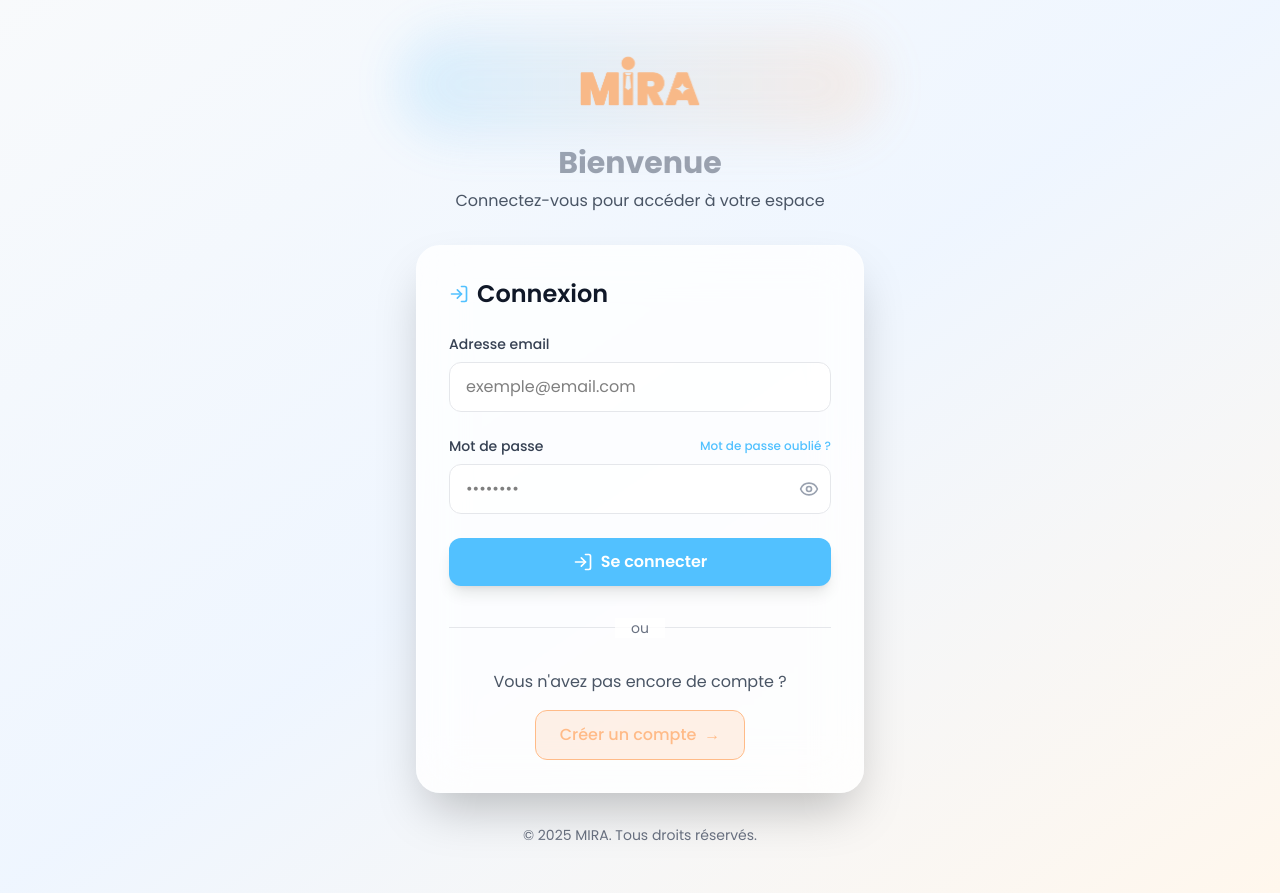
Repository: vladimirmoulart/mira-website
Page: /connexion
These files come from the project's save history. The page is drawn as it stood at one moment and after the next save; the edit follows.
The browser window is 1280 px wide. The pictures show the whole page.
The page's requests for data from a server got no answer. The project was rebuilt for these pictures with package versions that can differ from the ones it lists, and the page was loaded fresh each time. The framework's server and built-in components were replaced by stand-ins that run in the browser. No one was signed in, and anything a server would have sent is missing. Also part of the build but not shown: next.config.ts.

Above is the page before, as saved 2025-06-03 22:40:24.

After the next save:
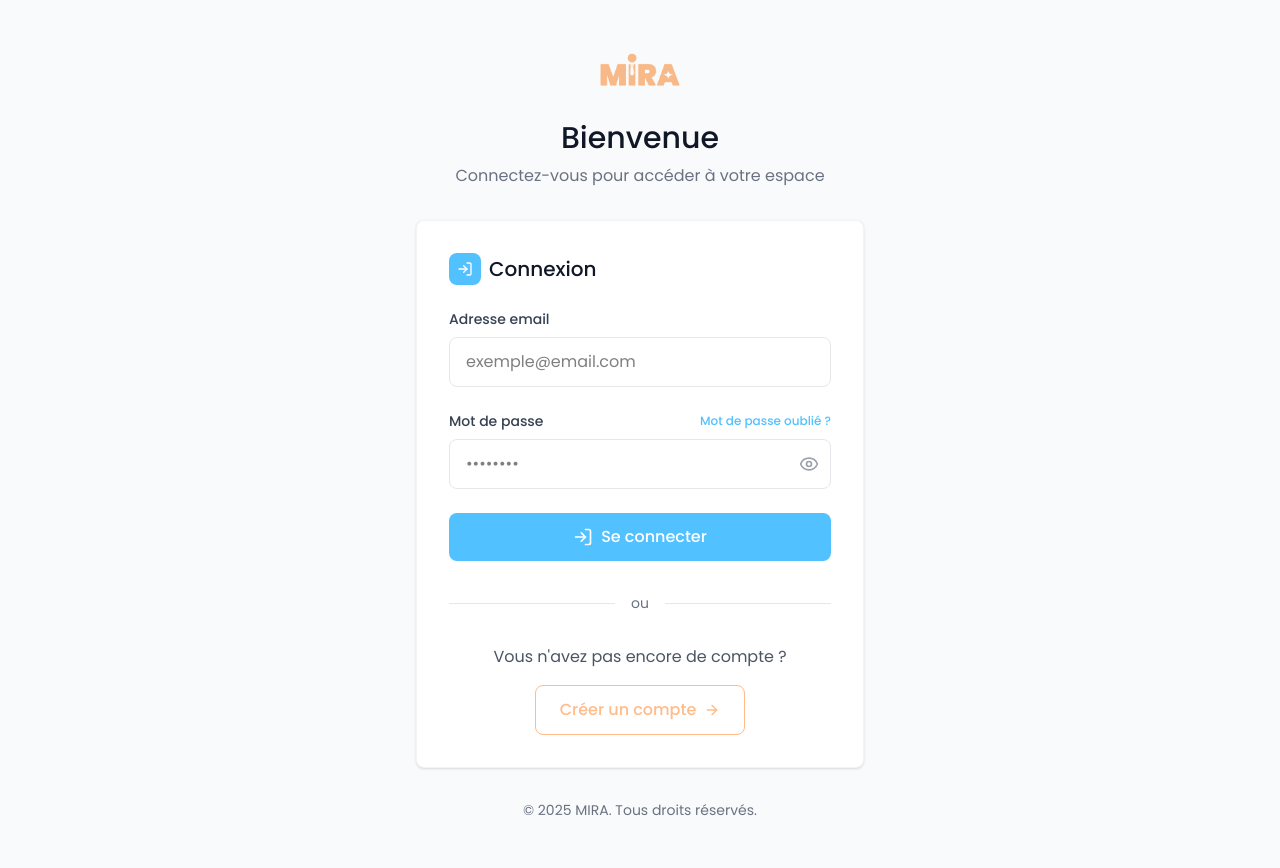
Saved 2 min 35 s later.
--- a/src/app/connexion/page.tsx
+++ b/src/app/connexion/page.tsx
@@ -6,7 +6,7 @@
 import Link from "next/link"
 import Image from "next/image"
 import { supabase } from "../../../lib/supabaseClient"
-import { Eye, EyeOff, LogIn, AlertCircle, CheckCircle, Loader2 } from "lucide-react"
+import { Eye, EyeOff, LogIn, AlertCircle, CheckCircle, Loader2, ArrowRight } from "lucide-react"
 
 export default function Connexion() {
   const [email, setEmail] = useState("")
@@ -47,41 +47,36 @@
   }
 
   return (
-    <div className="min-h-screen bg-gradient-to-br from-slate-50 via-blue-50 to-orange-50 flex flex-col items-center justify-center px-4 py-12">
-      {/* Decorative elements */}
-      <div className="absolute top-0 left-0 w-full h-64 bg-gradient-to-r from-[#52c1ff]/20 to-[#ffbb88]/20 rounded-b-[100px] -z-10" />
-      <div className="absolute bottom-0 right-0 w-full h-64 bg-gradient-to-l from-[#52c1ff]/20 to-[#ffbb88]/20 rounded-t-[100px] -z-10" />
-
+    <div className="min-h-screen bg-gray-50 flex flex-col items-center justify-center px-4 py-12">
       <div className="w-full max-w-md">
         {/* Logo and header */}
         <div className="text-center mb-8">
-          <div className="flex justify-center mb-6 relative">
-            <div className="absolute -inset-4 bg-gradient-to-r from-[#52c1ff]/30 to-[#ffbb88]/30 rounded-full blur-xl opacity-70 animate-pulse" />
-            <Image src="/images/logo-mira.png" alt="Logo MIRA" width={120} height={120} className="relative" priority />
+          <div className="flex justify-center mb-6">
+            <Image src="/images/logo-mira.png" alt="Logo MIRA" width={80} height={80} priority />
           </div>
-          <h1 className="text-3xl font-bold bg-gray-400 bg-clip-text text-transparent">
-            Bienvenue
-          </h1>
-          <p className="text-gray-600 mt-2">Connectez-vous pour accéder à votre espace</p>
+          <h1 className="text-3xl font-medium text-gray-900">Bienvenue</h1>
+          <p className="text-gray-500 mt-2">Connectez-vous pour accéder à votre espace</p>
         </div>
 
         {/* Card */}
-        <div className="bg-white/80 backdrop-blur-xl rounded-3xl shadow-2xl border border-white/20 p-8 transition-all">
-          <h2 className="text-2xl font-semibold text-gray-900 mb-6 flex items-center gap-2">
-            <LogIn className="w-5 h-5 text-[#52c1ff]" />
+        <div className="bg-white rounded-lg shadow-sm border border-gray-100 p-8">
+          <h2 className="text-xl font-medium text-gray-900 mb-6 flex items-center gap-2">
+            <div className="w-8 h-8 bg-[#52c1ff] rounded-lg flex items-center justify-center">
+              <LogIn className="w-4 h-4 text-white" />
+            </div>
             Connexion
           </h2>
 
           {/* Status messages */}
           {successMessage && (
-            <div className="mb-6 p-4 bg-gradient-to-r from-green-50 to-emerald-50 rounded-2xl flex items-center gap-3 border border-green-100 animate-fadeIn">
+            <div className="mb-6 p-4 bg-green-50 rounded-lg flex items-center gap-3 border border-green-200">
               <CheckCircle className="w-5 h-5 text-green-500 flex-shrink-0" />
               <p className="text-green-800 text-sm">{successMessage}</p>
             </div>
           )}
 
           {errorMessage && (
-            <div className="mb-6 p-4 bg-gradient-to-r from-red-50 to-rose-50 rounded-2xl flex items-center gap-3 border border-red-100 animate-fadeIn">
+            <div className="mb-6 p-4 bg-red-50 rounded-lg flex items-center gap-3 border border-red-200">
               <AlertCircle className="w-5 h-5 text-red-500 flex-shrink-0" />
               <p className="text-red-800 text-sm">{errorMessage}</p>
             </div>
@@ -100,7 +95,7 @@
                 required
                 value={email}
                 onChange={(e) => setEmail(e.target.value)}
-                className="w-full px-4 py-3 bg-white/70 border border-gray-200 rounded-xl focus:outline-none focus:ring-2 focus:ring-[#52c1ff] focus:border-transparent transition-all"
+                className="w-full px-4 py-3 border border-gray-200 rounded-lg focus:outline-none focus:ring-2 focus:ring-[#52c1ff] focus:border-transparent transition-all"
                 disabled={isLoading}
               />
             </div>
@@ -112,7 +107,7 @@
                 </label>
                 <Link
                   href="/mot-de-passe-oublie"
-                  className="text-xs font-medium text-[#52c1ff] hover:text-[#ffbb88] transition-colors"
+                  className="text-xs font-medium text-[#52c1ff] hover:text-[#52c1ff]/80 transition-colors"
                 >
                   Mot de passe oublié ?
                 </Link>
@@ -125,7 +120,7 @@
                   required
                   value={password}
                   onChange={(e) => setPassword(e.target.value)}
-                  className="w-full px-4 py-3 bg-white/70 border border-gray-200 rounded-xl focus:outline-none focus:ring-2 focus:ring-[#52c1ff] focus:border-transparent transition-all pr-10"
+                  className="w-full px-4 py-3 border border-gray-200 rounded-lg focus:outline-none focus:ring-2 focus:ring-[#52c1ff] focus:border-transparent transition-all pr-10"
                   disabled={isLoading}
                 />
                 <button
@@ -142,7 +137,7 @@
             <button
               type="submit"
               disabled={isLoading}
-              className="w-full py-3 px-4 bg-[#52c1ff] hover:from-[#52c1ff]/90 hover:to-[#ffbb88]/90 text-white font-semibold rounded-xl shadow-lg hover:shadow-xl transition-all duration-300 flex items-center justify-center gap-2 disabled:opacity-70 disabled:cursor-not-allowed"
+              className="w-full py-3 px-4 bg-[#52c1ff] hover:bg-[#52c1ff]/90 text-white font-medium rounded-lg transition-colors flex items-center justify-center gap-2 disabled:opacity-50 disabled:cursor-not-allowed"
             >
               {isLoading ? (
                 <>
@@ -164,7 +159,7 @@
               <div className="w-full border-t border-gray-200"></div>
             </div>
             <div className="relative flex justify-center text-sm">
-              <span className="px-4 bg-white/80 text-gray-500">ou</span>
+              <span className="px-4 bg-white text-gray-500">ou</span>
             </div>
           </div>
 
@@ -173,10 +168,10 @@
             <p className="text-gray-600 mb-4">Vous n'avez pas encore de compte ?</p>
             <Link
               href="/inscription"
-              className="inline-flex items-center justify-center gap-2 py-3 px-6 bg-[#ffbb88]/20 text-[#ffbb88] font-medium rounded-xl border border-[#ffbb88]"
+              className="inline-flex items-center justify-center gap-2 py-3 px-6 bg-white border border-[#ffbb88] text-[#ffbb88] font-medium rounded-lg hover:bg-[#ffbb88] hover:text-white transition-all duration-300"
             >
               Créer un compte
-              <span className="text-[#ffbb88]">→</span>
+              <ArrowRight className="w-4 h-4" />
             </Link>
           </div>
         </div>

After the save that followed:
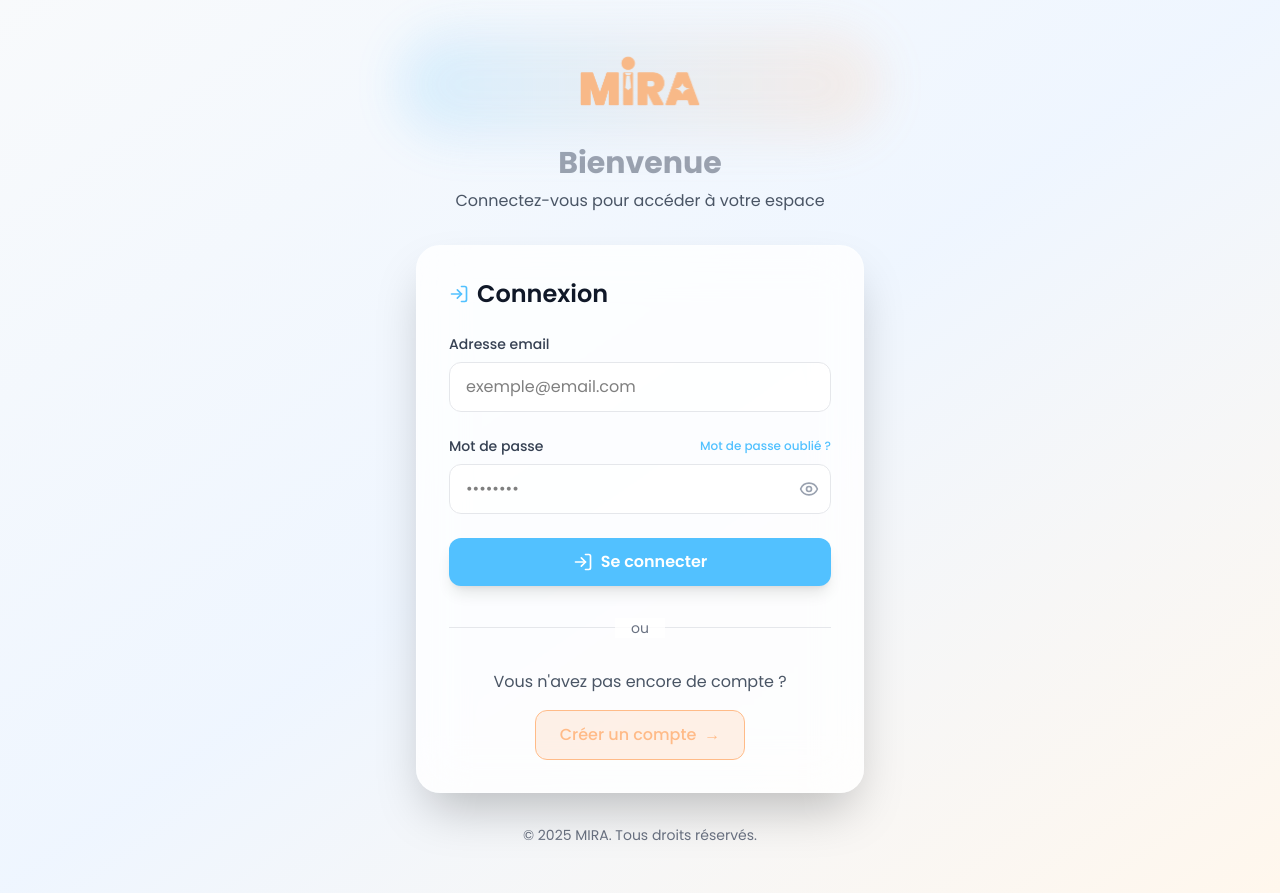
Saved 17 s later.
--- a/src/app/connexion/page.tsx
+++ b/src/app/connexion/page.tsx
@@ -6,7 +6,7 @@
 import Link from "next/link"
 import Image from "next/image"
 import { supabase } from "../../../lib/supabaseClient"
-import { Eye, EyeOff, LogIn, AlertCircle, CheckCircle, Loader2, ArrowRight } from "lucide-react"
+import { Eye, EyeOff, LogIn, AlertCircle, CheckCircle, Loader2 } from "lucide-react"
 
 export default function Connexion() {
   const [email, setEmail] = useState("")
@@ -47,36 +47,41 @@
   }
 
   return (
-    <div className="min-h-screen bg-gray-50 flex flex-col items-center justify-center px-4 py-12">
+    <div className="min-h-screen bg-gradient-to-br from-slate-50 via-blue-50 to-orange-50 flex flex-col items-center justify-center px-4 py-12">
+      {/* Decorative elements */}
+      <div className="absolute top-0 left-0 w-full h-64 bg-gradient-to-r from-[#52c1ff]/20 to-[#ffbb88]/20 rounded-b-[100px] -z-10" />
+      <div className="absolute bottom-0 right-0 w-full h-64 bg-gradient-to-l from-[#52c1ff]/20 to-[#ffbb88]/20 rounded-t-[100px] -z-10" />
+
       <div className="w-full max-w-md">
         {/* Logo and header */}
         <div className="text-center mb-8">
-          <div className="flex justify-center mb-6">
-            <Image src="/images/logo-mira.png" alt="Logo MIRA" width={80} height={80} priority />
+          <div className="flex justify-center mb-6 relative">
+            <div className="absolute -inset-4 bg-gradient-to-r from-[#52c1ff]/30 to-[#ffbb88]/30 rounded-full blur-xl opacity-70 animate-pulse" />
+            <Image src="/images/logo-mira.png" alt="Logo MIRA" width={120} height={120} className="relative" priority />
           </div>
-          <h1 className="text-3xl font-medium text-gray-900">Bienvenue</h1>
-          <p className="text-gray-500 mt-2">Connectez-vous pour accéder à votre espace</p>
+          <h1 className="text-3xl font-bold bg-gray-400 bg-clip-text text-transparent">
+            Bienvenue
+          </h1>
+          <p className="text-gray-600 mt-2">Connectez-vous pour accéder à votre espace</p>
         </div>
 
         {/* Card */}
-        <div className="bg-white rounded-lg shadow-sm border border-gray-100 p-8">
-          <h2 className="text-xl font-medium text-gray-900 mb-6 flex items-center gap-2">
-            <div className="w-8 h-8 bg-[#52c1ff] rounded-lg flex items-center justify-center">
-              <LogIn className="w-4 h-4 text-white" />
-            </div>
+        <div className="bg-white/80 backdrop-blur-xl rounded-3xl shadow-2xl border border-white/20 p-8 transition-all">
+          <h2 className="text-2xl font-semibold text-gray-900 mb-6 flex items-center gap-2">
+            <LogIn className="w-5 h-5 text-[#52c1ff]" />
             Connexion
           </h2>
 
           {/* Status messages */}
           {successMessage && (
-            <div className="mb-6 p-4 bg-green-50 rounded-lg flex items-center gap-3 border border-green-200">
+            <div className="mb-6 p-4 bg-gradient-to-r from-green-50 to-emerald-50 rounded-2xl flex items-center gap-3 border border-green-100 animate-fadeIn">
               <CheckCircle className="w-5 h-5 text-green-500 flex-shrink-0" />
               <p className="text-green-800 text-sm">{successMessage}</p>
             </div>
           )}
 
           {errorMessage && (
-            <div className="mb-6 p-4 bg-red-50 rounded-lg flex items-center gap-3 border border-red-200">
+            <div className="mb-6 p-4 bg-gradient-to-r from-red-50 to-rose-50 rounded-2xl flex items-center gap-3 border border-red-100 animate-fadeIn">
               <AlertCircle className="w-5 h-5 text-red-500 flex-shrink-0" />
               <p className="text-red-800 text-sm">{errorMessage}</p>
             </div>
@@ -95,7 +100,7 @@
                 required
                 value={email}
                 onChange={(e) => setEmail(e.target.value)}
-                className="w-full px-4 py-3 border border-gray-200 rounded-lg focus:outline-none focus:ring-2 focus:ring-[#52c1ff] focus:border-transparent transition-all"
+                className="w-full px-4 py-3 bg-white/70 border border-gray-200 rounded-xl focus:outline-none focus:ring-2 focus:ring-[#52c1ff] focus:border-transparent transition-all"
                 disabled={isLoading}
               />
             </div>
@@ -107,7 +112,7 @@
                 </label>
                 <Link
                   href="/mot-de-passe-oublie"
-                  className="text-xs font-medium text-[#52c1ff] hover:text-[#52c1ff]/80 transition-colors"
+                  className="text-xs font-medium text-[#52c1ff] hover:text-[#ffbb88] transition-colors"
                 >
                   Mot de passe oublié ?
                 </Link>
@@ -120,7 +125,7 @@
                   required
                   value={password}
                   onChange={(e) => setPassword(e.target.value)}
-                  className="w-full px-4 py-3 border border-gray-200 rounded-lg focus:outline-none focus:ring-2 focus:ring-[#52c1ff] focus:border-transparent transition-all pr-10"
+                  className="w-full px-4 py-3 bg-white/70 border border-gray-200 rounded-xl focus:outline-none focus:ring-2 focus:ring-[#52c1ff] focus:border-transparent transition-all pr-10"
                   disabled={isLoading}
                 />
                 <button
@@ -137,7 +142,7 @@
             <button
               type="submit"
               disabled={isLoading}
-              className="w-full py-3 px-4 bg-[#52c1ff] hover:bg-[#52c1ff]/90 text-white font-medium rounded-lg transition-colors flex items-center justify-center gap-2 disabled:opacity-50 disabled:cursor-not-allowed"
+              className="w-full py-3 px-4 bg-[#52c1ff] hover:from-[#52c1ff]/90 hover:to-[#ffbb88]/90 text-white font-semibold rounded-xl shadow-lg hover:shadow-xl transition-all duration-300 flex items-center justify-center gap-2 disabled:opacity-70 disabled:cursor-not-allowed"
             >
               {isLoading ? (
                 <>
@@ -159,7 +164,7 @@
               <div className="w-full border-t border-gray-200"></div>
             </div>
             <div className="relative flex justify-center text-sm">
-              <span className="px-4 bg-white text-gray-500">ou</span>
+              <span className="px-4 bg-white/80 text-gray-500">ou</span>
             </div>
           </div>
 
@@ -168,10 +173,10 @@
             <p className="text-gray-600 mb-4">Vous n'avez pas encore de compte ?</p>
             <Link
               href="/inscription"
-              className="inline-flex items-center justify-center gap-2 py-3 px-6 bg-white border border-[#ffbb88] text-[#ffbb88] font-medium rounded-lg hover:bg-[#ffbb88] hover:text-white transition-all duration-300"
+              className="inline-flex items-center justify-center gap-2 py-3 px-6 bg-[#ffbb88]/20 text-[#ffbb88] font-medium rounded-xl border border-[#ffbb88]"
             >
               Créer un compte
-              <ArrowRight className="w-4 h-4" />
+              <span className="text-[#ffbb88]">→</span>
             </Link>
           </div>
         </div>
